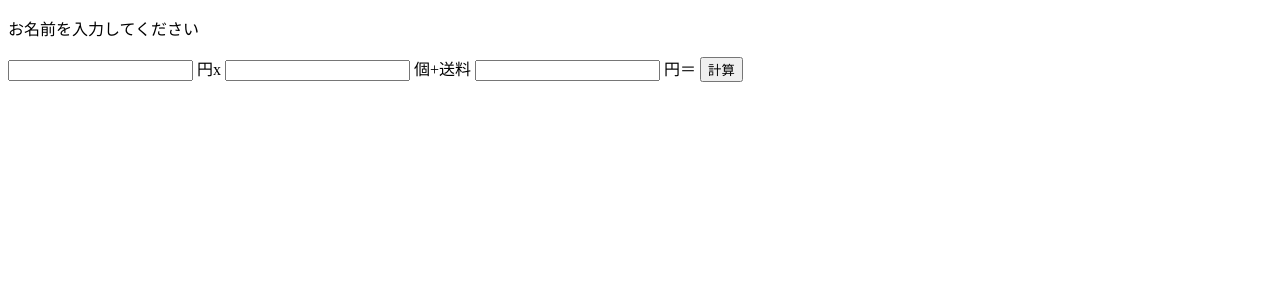
Repository: gjp373/test
Page: http://localhost/HelloJSP/
The author's editor kept a copy of each file at every save. The page is drawn from the files as they stood at one save, then again after the next save.
The browser window is 1280 px wide. The pictures show the whole page.
The page is served by Tomcat 9.

Above is the page before, as saved 2018-03-07 05:13:45.

### HelloJSP/WebContent/index.jsp
<%@ page language="java" contentType="text/html; charset=UTF-8"
    pageEncoding="UTF-8"%>
<!DOCTYPE html PUBLIC "-//W3C//DTD HTML 4.01 Transitional//EN" "http://www.w3.org/TR/html4/loose.dtd">
<html>
<head>
<meta http-equiv="Content-Type" content="text/html; charset=UTF-8">
<title>TEST</title>
</head>
<body>

<p>お名前を入力してください</p>

<form method="post" action="total-out.jsp">
<input type="text" name="price">
円x
<input type="text" name="count">
個+送料
<input type="text" name="delivery">
円＝
<input type="submit" value="計算">

</form>





</body>
</html>

After the next save:
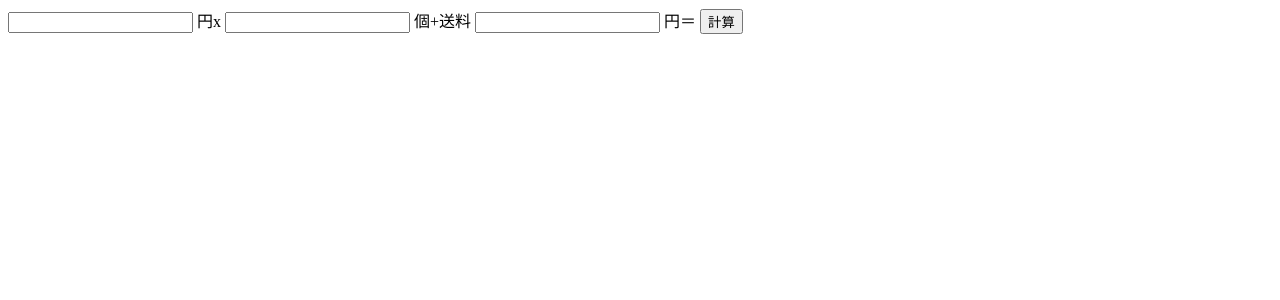
Saved 4 min 8 s later.
--- a/HelloJSP/WebContent/index.jsp
+++ b/HelloJSP/WebContent/index.jsp
@@ -8,7 +8,6 @@
 </head>
 <body>
 
-<p>お名前を入力してください</p>
 
 <form method="post" action="total-out.jsp">
 <input type="text" name="price">
